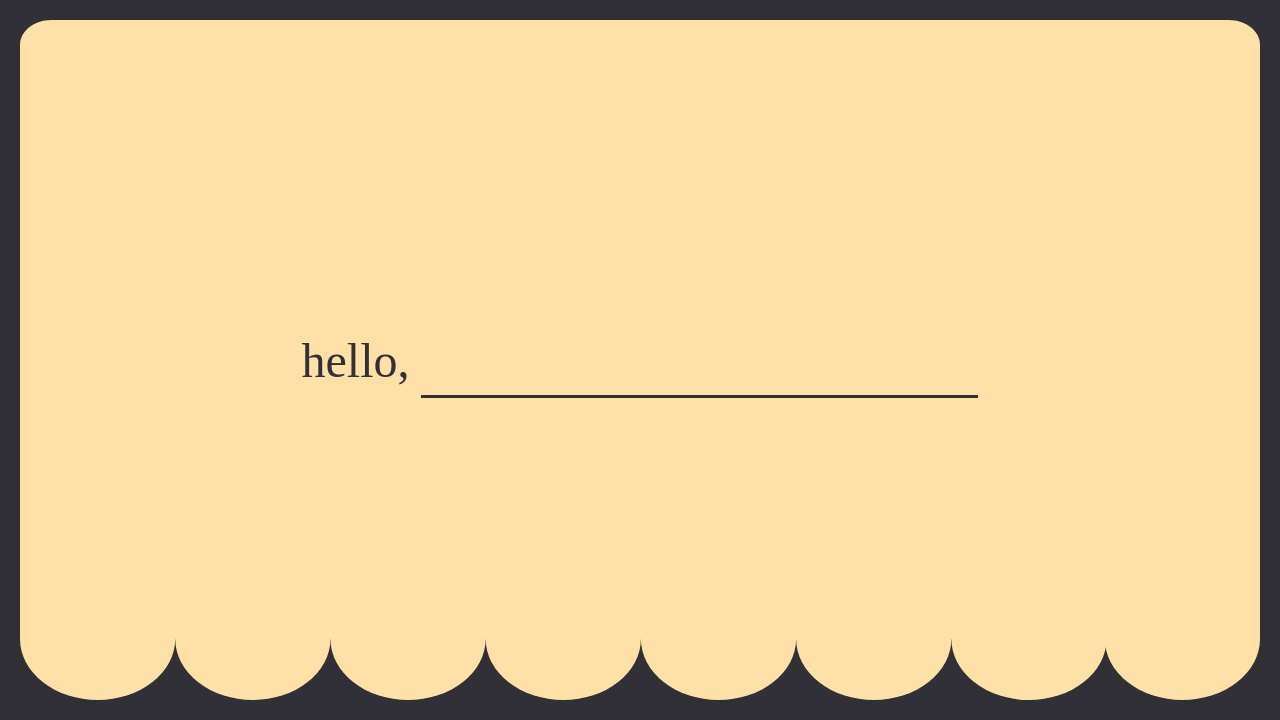
Repository: zhangolivia7/rot-recovery
Page: /
An editor plug-in stored every save of this project. The page is shown before and after the next save, followed by the edit.
The browser window is 1280 px wide. The pictures show the whole page.
Some web fonts or font styles are not loaded; a fallback is used. The project was rebuilt for these pictures with package versions that can differ from the ones it lists, and the page was loaded fresh each time. The framework's server and built-in components were replaced by stand-ins that run in the browser. Also part of the build but not shown: next.config.ts.

Above is the page before, as saved 2025-03-29 18:10:44.

After the next save:
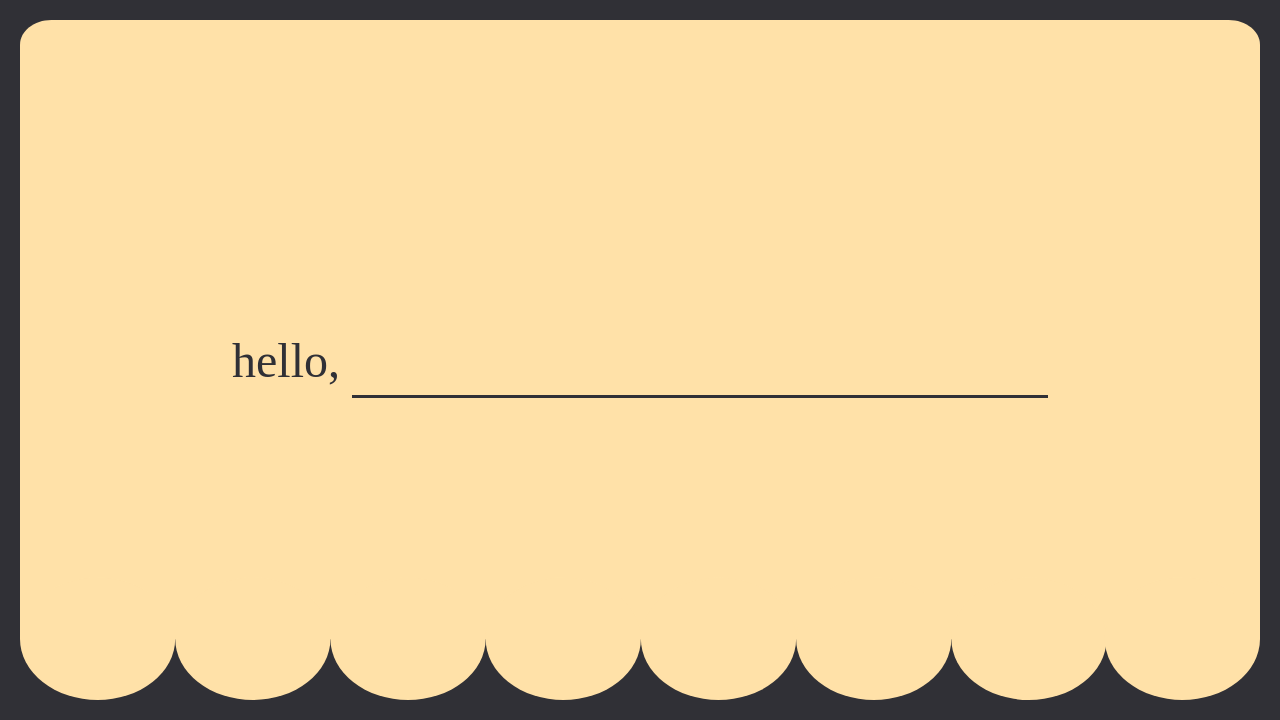
Saved 9 s later.
--- a/src/app/globals.css
+++ b/src/app/globals.css
@@ -76,6 +76,6 @@ h1 {
 }
 
 #s1 input {
-  font-family:'Gill Sans', 'Gill Sans MT', Calibri, 'Trebuchet MS', sans-serif;
+  font-family:'Segoe UI', Tahoma, Geneva, Verdana, sans-serif;
   font-weight: 400;
 }
